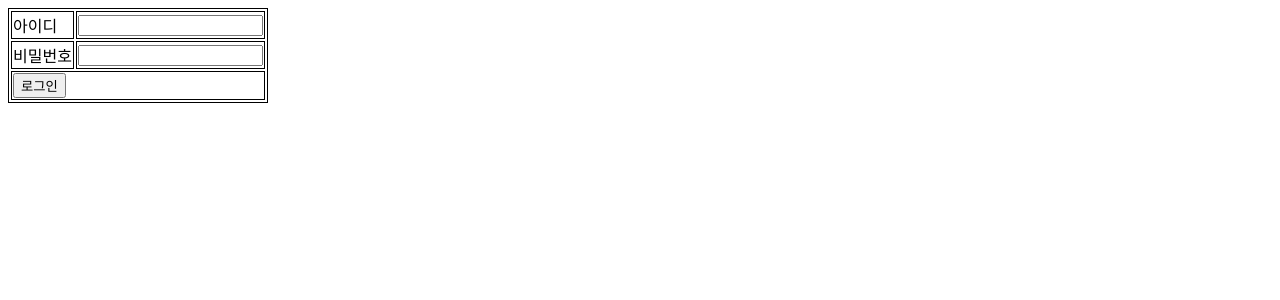
Repository: Gabintree/JDBC2019
Page: http://localhost/JDBC_20190521/chap10_01_LoginForm.jsp
The author's editor kept a copy of each file at every save. The page is drawn from the files as they stood at one save, then again after a run of saves.
The browser window is 1280 px wide. The pictures show the whole page.
The page is served by Tomcat 9. Other server files are loaded and not shown.

Above is the page before, as saved 2019-05-23 00:55:19.

### JDBC_20190521/WebContent/chap10_01_LoginForm.jsp
<%@ page language="java" contentType="text/html; charset=UTF-8"
    pageEncoding="UTF-8"%>
<!DOCTYPE html>
<html>
<head>
<meta charset="UTF-8">
<title>Insert title here</title>
<style>
table, tr, td{
border : 1px solid black;
}
</style>
</head>
<body>

<form  method = "post">
	<table>
		<tr>
			<td>아이디</td>
			<td><input type ="text" name="id"></td>
		</tr>
		<tr>
			<td>비밀번호</td>
			<td><input type ="text" name="pw"></td>
		</tr>
		<tr>
		<td colspan = "2"><input type="submit" value="로그인"></td>
		</tr>
	</table>

</form>

</body>
</html>

After the next 2 saves:
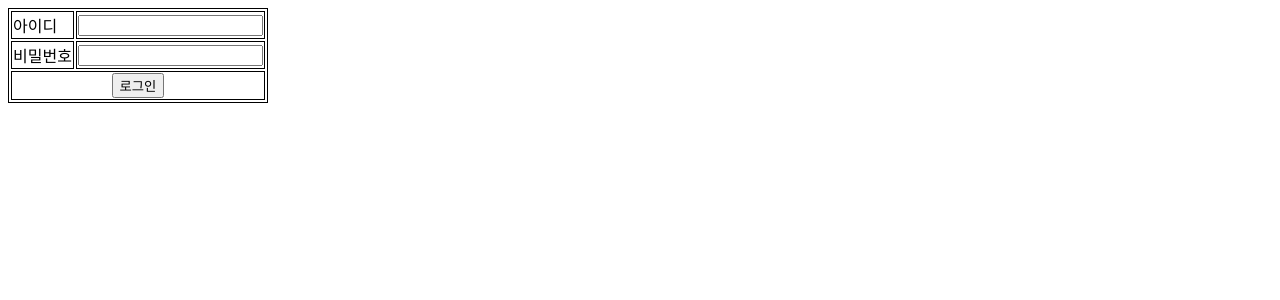
The 2 saves are shown as one change because they came seconds apart.
The last was saved 43 s later.
--- a/JDBC_20190521/WebContent/chap10_01_LoginForm.jsp
+++ b/JDBC_20190521/WebContent/chap10_01_LoginForm.jsp
@@ -24,7 +24,7 @@
 			<td><input type ="text" name="pw"></td>
 		</tr>
 		<tr>
-		<td colspan = "2"><input type="submit" value="로그인"></td>
+		<td colspan="2" style = "text-align: center;"><input type="submit" value="로그인"></td>
 		</tr>
 	</table>
 
